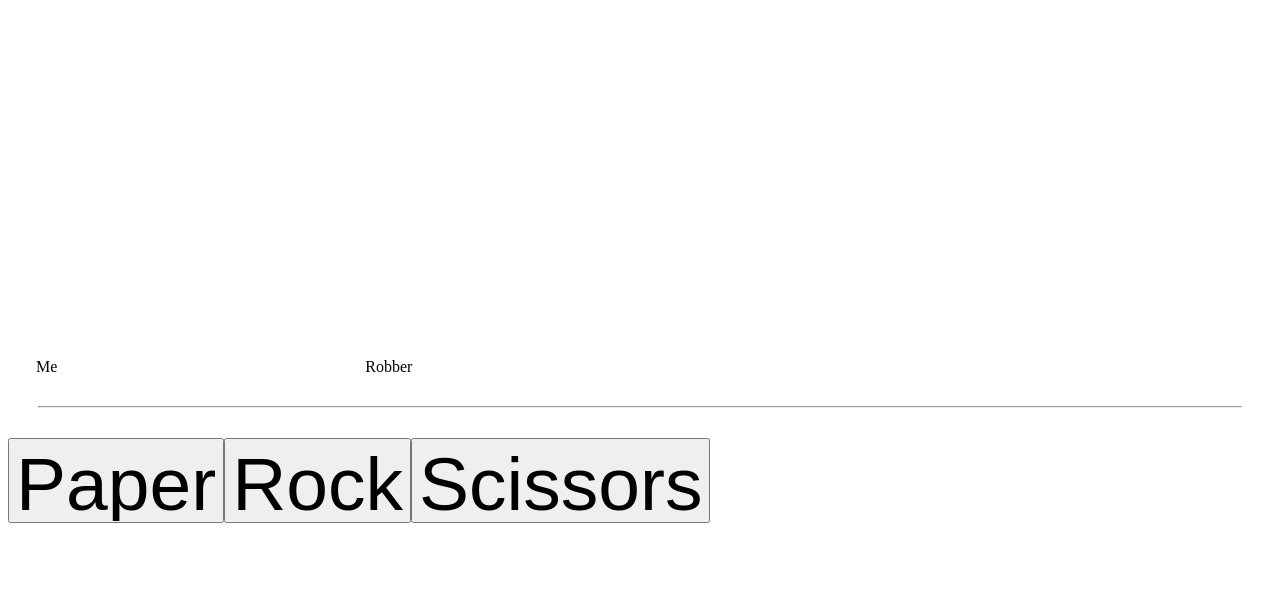
Repository: simj959/simj959.github.io
Page: final_website/page3.html
The author's editor kept a record of every edit. The page is drawn from the files as they stood at one moment, then again after the next edit.
The browser window is 1280 px wide. The pictures show the whole page.

Above is the page before.

After the next edit:
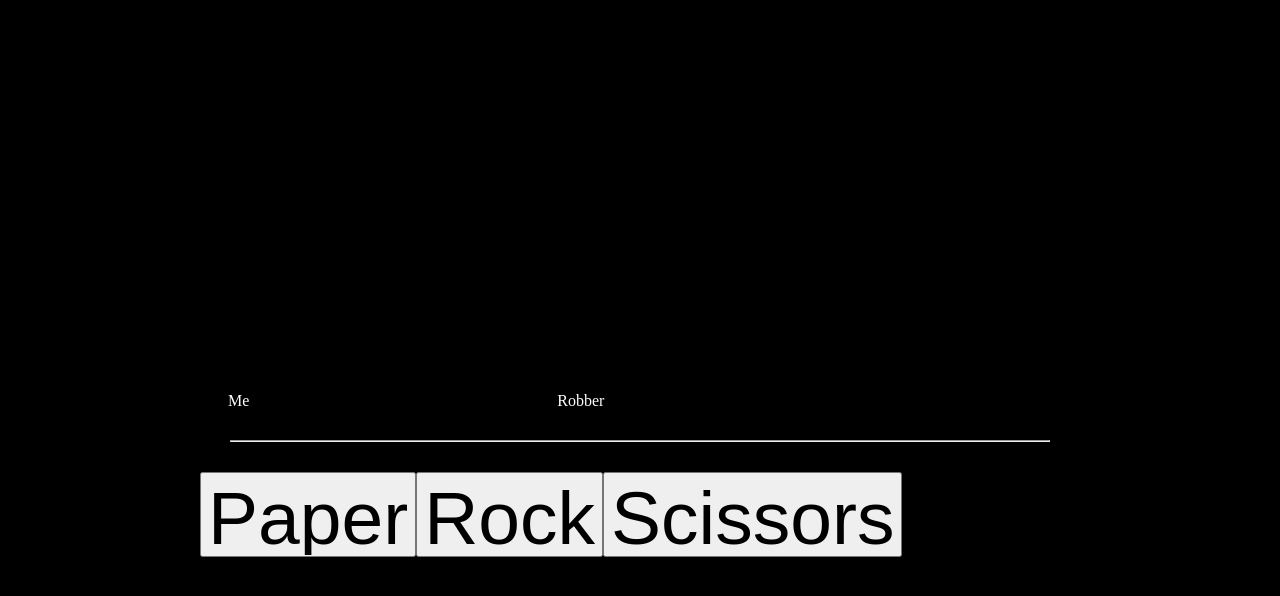
The edit:
--- a/final_website/page3.html
+++ b/final_website/page3.html
@@ -1,5 +1,6 @@
 <HTML>
-<HEAD><TITLE></TITLE>
+<HEAD><TITLE></TITLE><body bgcolor="white" text="white" link="blue" vlink="purple" alink="red" leftmargin="200" marginwidth="200" style="background-color:black; background-repeat:no-repeat; background-attachment:scroll; background-position:0 0;">
+<p align="left">&nbsp;</p>
 <META http-equiv=Content-Type content="text/html; charset=UTF-8">
 <STYLE type=text/CSS>
 .s{font-size:60px}
